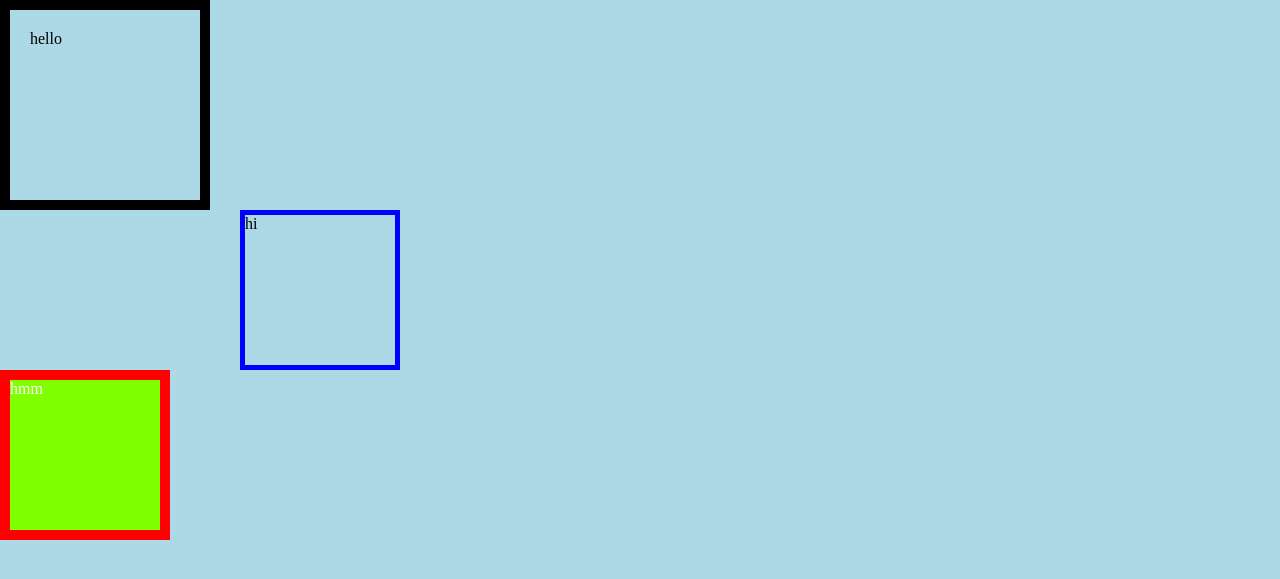
Repository: Sushant203/myPersonalSite
Page: index.html
The author's editor kept a copy of each file at every save. The page is drawn from the files as they stood at one save, then again after the next save.
The browser window is 1280 px wide. The pictures show the whole page.

Above is the page before, as saved 2022-12-04 18:18:25.

### index.html
<!DOCTYPE html>
<html lang="en">

<head>
    <meta charset="UTF-8">
    <meta http-equiv="X-UA-Compatible" content="IE=edge">
    <meta name="viewport" content="width=device-width, initial-scale=1.0">
    <title>Document</title>
    <link rel="stylesheet" href="\css\style.css">
    <link rel="favicon" href="favicon.ico">
</head>

<body>

<div class="box-1">
    hello
</div>
<div class="box-2">
    hi
</div>
<div class="box-3">
    hmm
</div>
</body>

</html>

### css/style.css
body{
    background-color: lightblue;
    margin: 0;
}

.box-1{
    border: 10px solid black;
    padding: 20px;
    height: 150px;
    width: 150px;
}

.box-2{
    border: 5px solid blue;
    height: 150px;
    width: 150px;
    margin-left: 240px;
}


.box-3{
    border: 10px solid red;
    background-color: chartreuse;
    color: white;
    height: 150px;
    width: 150px;
    margin-left: ;
}

After the next save:
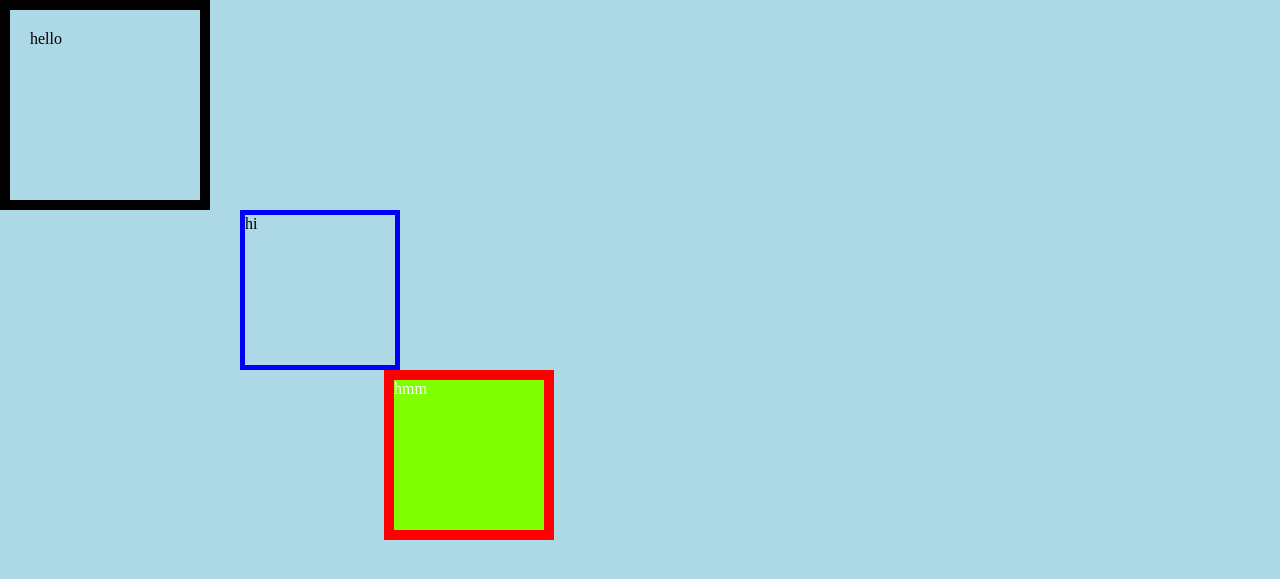
Saved 6 s later.
--- a/css/style.css
+++ b/css/style.css
@@ -24,5 +24,5 @@
     color: white;
     height: 150px;
     width: 150px;
-    margin-left: ;
+    margin-left: 30%;
 }
